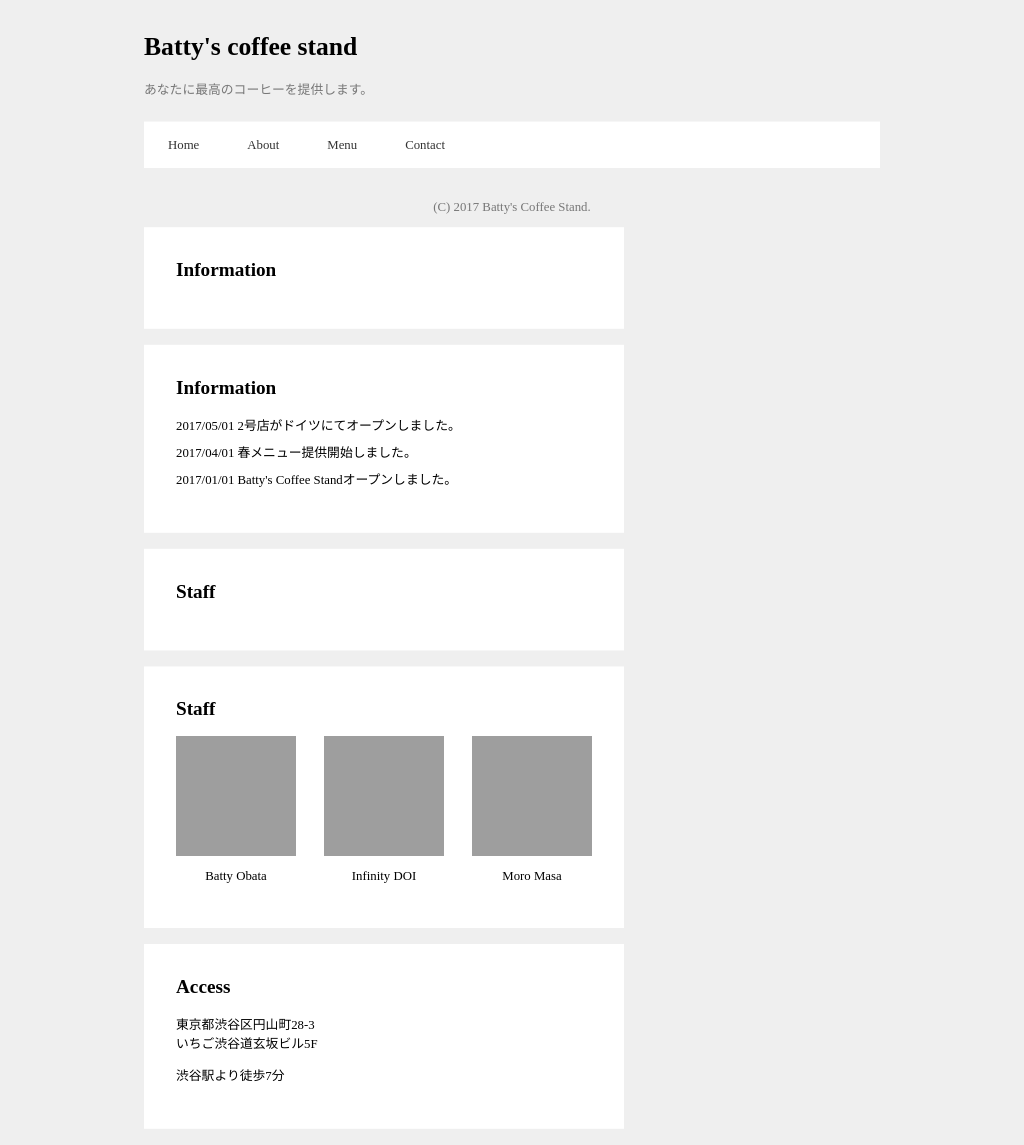
Repository: KawashimaRyuma/mynews
Page: html/batty_coffee_stand/index.html
The author's editor kept a record of every edit. The page is drawn from the files as they stood at one moment, then again after the next edit.
The browser window is 1280 px wide. The pictures show the whole page, at 80% of full size.
Pictures or frames that could not be fetched are drawn as grey boxes.

Above is the page before.

### html/batty_coffee_stand/index.html
<!DOCTYPE HTML>
<html>
  <head>
    <meta charset="UTF-8">
    <title>Batty's Coffee Stand</title>
    <link rel="stylesheet" href="css/normalize.css">
    <link rel="stylesheet" href="css/style.css">
  </head>
  <body>
    <header>
  <div class="container">
    <div class="header-title-area">
      <h1 class="logo">Batty's coffee stand</h1>
      <p class="text-sub">あなたに最高のコーヒーを提供します。</p>
    </div>
    <ul class="header-navigation">
  <li><a href="#">Home</a></li>
  <li><a href="#">About</a></li>
  <li><a href="#">Menu</a></li>
  <li><a href="#">Contact</a></li>
</ul>

  </div>
</header>
<div class="main">
  <footer>
  <p class="copyright">(C) 2017 Batty's Coffee Stand.</p>
</footer>
  <div class="container">
    <div class="left-contents">
    <div class="card-contents">
      <h2 class="text-title">Information</h2>
    </div>
    <div class="card-contents">
  <h2 class="text-title">Information</h2>
  <ul class="information-list">
    <li>2017/05/01 2号店がドイツにてオープンしました。</li>
    <li>2017/04/01 春メニュー提供開始しました。</li>
    <li>2017/01/01 Batty's Coffee Standオープンしました。</li>
  </ul>
</div>
    <div class="card-contents">
      <h2 class="text-title">Staff</h2>
    </div>
    <div class="card-contents">
  <h2 class="text-title">Staff</h2>
  <div class="staff-list-area">
    <div class="staff-list">
      <img src="./staff_01.jpg" class="staff-image">
      <p class="staff-name">Batty Obata</p>
    </div>
    <div class="staff-list">
      <img src="./staff_02.jpg" class="staff-image">
      <p class="staff-name">Infinity DOI</p>
    </div>
    <div class="staff-list">
      <img src="./staff_03.jpg" class="staff-image">
      <p class="staff-name">Moro Masa</p>
    </div>
  </div>
</div>
    <div class="card-contents">
  <h2 class="text-title">Access</h2>
  <p>東京都渋谷区円山町28-3<br>いちご渋谷道玄坂ビル5F</p>
  <p>渋谷駅より徒歩7分</p>
</div>
</div>
</div>
  </div>
</div>
  </body>
</html>

### html/batty_coffee_stand/css/style.css
body {
  background-color: #efefef;
}
header {
  margin-top: 20px;
}
.container {
  width: 920px;
  margin: 0 auto 40px auto;
}
.header-title-area {
  margin-top: 40px;
  margin-bottom: 30px;
}
.logo {
  font-size: 32px;
}
.text-sub {
  color: #777;
}
.header-navigation {
  width: 100%;
  background-color: #fff;
  padding: 20px 0;
}
.header-navigation {
  width: 100%;
  background-color: #fff;
  padding: 20px 0;
}

.header-navigation:after {
  clear: both;
  display: block;
  content: " ";
}

.header-navigation li {
  float: left;
  padding: 0 30px;
  text-align: center;
  list-style-type: none;
}

.header-navigation li a {
  color: #333;
  text-decoration: none;
}
.text-title {
  font-size: 24px;
  font-weight: bold;
  margin-top: 0;
  margin-bottom: 20px;
}

.card-contents {
  padding: 40px;
  display: block;
  margin-bottom: 20px;
  background-color: #fff;
}
.left-contents {
  width: 600px;
  margin-right: 20px;
  float: left;
}

.right-contents {
  width: 300px;
  float: left;
}
.information-list {
  list-style-type: none;
  padding-left: 0;
}

.information-list li {
  margin-bottom: 10px;
}
.staff-list-area:after {
  clear: both;
  display: block;
  content: " ";
}
.staff-list {
  width: 150px;
  margin-right: 35px;
  float: left;
}
.staff-list:last-child {
  margin-right: 0;
}
.staff-image {
  margin-bottom: 10px;
  width: 150px;
  height: 150px;
  display: block;
}
.staff-name {
  text-align: center;
}
.copyright {
  color: #777;
  text-align: center;
}
.main:after {
  clear: both;
  display: block;
  content: " ";
}

Loaded but not shown: html/batty_coffee_stand/css/normalize.css (library)

After the next edit:
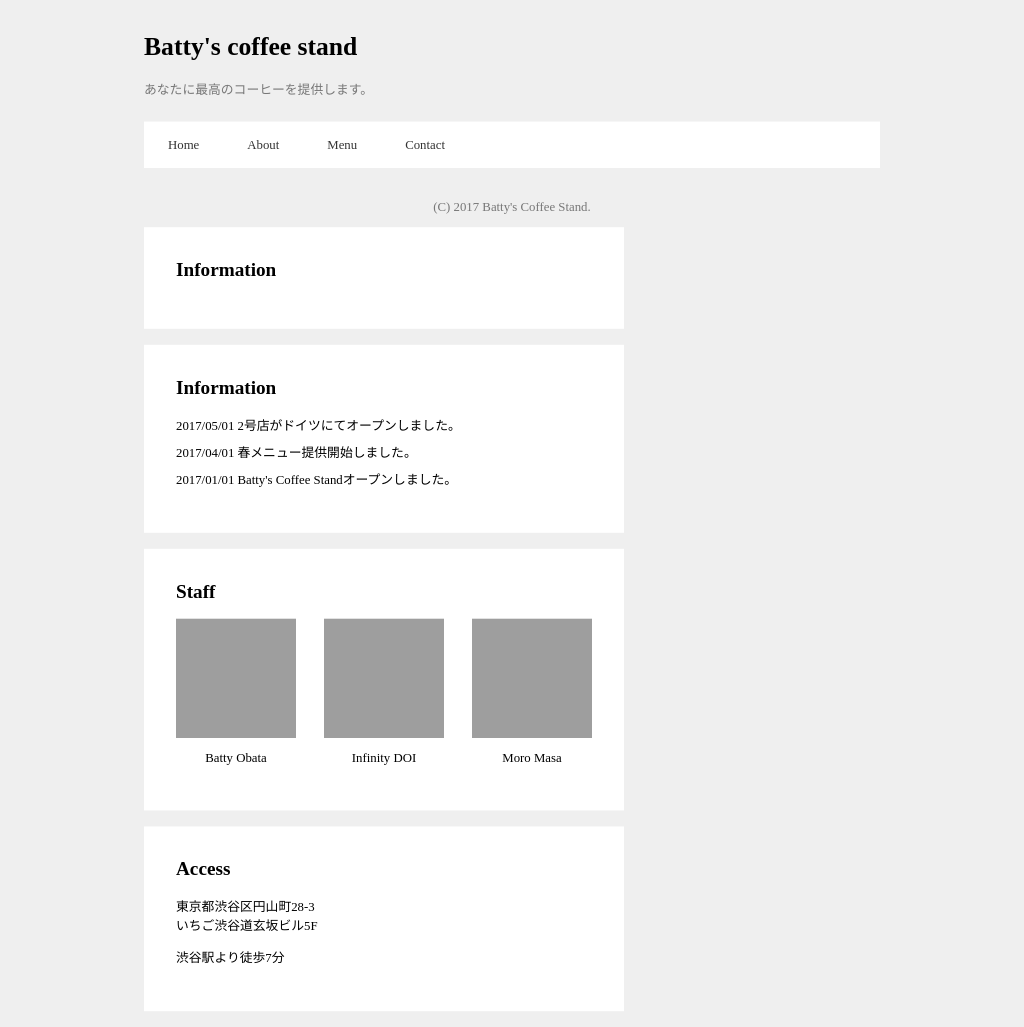
The edit:
--- a/html/batty_coffee_stand/index.html
+++ b/html/batty_coffee_stand/index.html
@@ -40,9 +40,6 @@
   </ul>
 </div>
     <div class="card-contents">
-      <h2 class="text-title">Staff</h2>
-    </div>
-    <div class="card-contents">
   <h2 class="text-title">Staff</h2>
   <div class="staff-list-area">
     <div class="staff-list">
